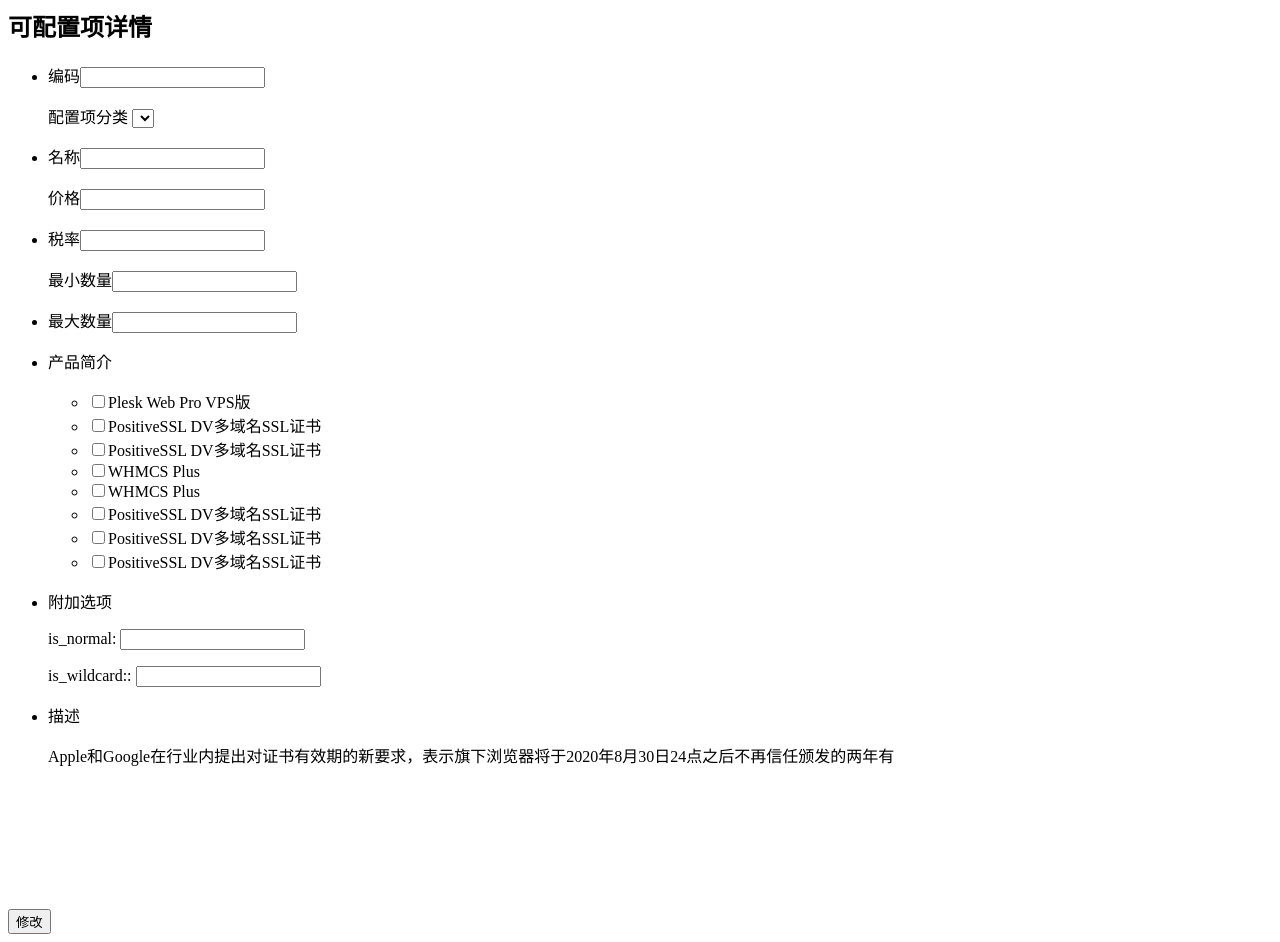
Repository: wangyan466393/racentSystem
Page: configurableDetail.html
These files come from the project's save history. The page is drawn as it stood at one moment and after the next save; the edit follows.
The browser window is 1280 px wide. The pictures show the whole page.

Above is the page before, as saved 2020-08-12 16:20:03.

### configurableDetail.html
<div id="content_box">
    <h2>可配置项详情</h2>
<div class="config_box">
    <div class="config_content">
        <ul>
            <li>

                <p>
                    <span>编码</span><input type="text" class="config_inp">
                </p>
                <p>
                    <span>配置项分类</span>
                    <select name="" id="" class="config_inp">
                        <option value=""></option>
                    </select>
                </p>
            </li>
            <li>

                <p>
                    <span>名称</span><input type="text" class="config_inp">
                </p>
                <p>
                    <span>价格</span><input type="number" class="config_inp">
                </p>
            </li>
            <li>

                <p>
                    <span>税率</span><input type="number" class="config_inp">
                </p>
                <p>
                    <span>最小数量</span><input type="number" class="config_inp">
                </p>
            </li>
            <li>

                <p>
                    <span>最大数量</span><input type="number" class="config_inp">
                </p>
            </li>
            <li>
               <p> <span>产品简介</span></p>
               <div class="intro_box">


                <ul class="intro">
                    <li>
                        <input type="checkbox"><label for="">Plesk Web Pro VPS版</label>
                    </li>
                    <li>
                        <input type="checkbox"><label for="">PositiveSSL DV多域名SSL证书</label>
                    </li>
                    <li>
                        <input type="checkbox"><label for="">PositiveSSL DV多域名SSL证书</label>
                    </li>
                    <li>
                        <input type="checkbox"><label for="">WHMCS Plus</label>
                    </li>
                    <li>
                        <input type="checkbox"><label for="">WHMCS Plus</label>
                    </li>
                    <li>
                        <input type="checkbox"><label for="">PositiveSSL DV多域名SSL证书</label>
                    </li>
                    <li>
                        <input type="checkbox"><label for="">PositiveSSL DV多域名SSL证书</label>
                    </li>
                    <li>
                        <input type="checkbox"><label for="">PositiveSSL DV多域名SSL证书</label>
                    </li>
                </ul>
            </div>
            </li>
            <li>
                <p>
                    <span>附加选项</span>
                    <div class="input_group">
                        <span class="input-group-addon">is_normal:</span>
                        <input type="text" class="form-control">
                    </div>

                </p>
                <p>
                    <div class="input_group">
                        <span class="input-group-addon">is_wildcard::</span>
                        <input type="text" class="form-control">
                    </div>
                </p>
            </li>
            <li>
               <p> <span>描述</span></p>
                <div class="e_content" style="width: 100%;min-height: 150px;">
                    <p>
                        Apple和Google在行业内提出对证书有效期的新要求，表示旗下浏览器将于2020年8月30日24点之后不再信任颁发的两年有
                    </p>
                </div>
            </li>

        </ul>
    </div>
</div>
</div>
<div class="email_back_btn">
    <button type="button">修改</button>
</div>

<script src="js/jquery-1.11.3.js"></script>
<script>
    getProductListsData();
    function getProductListsData() {
        var tableInfo = ""
        for (var i = 0; i < 15; i++) {    //遍历Table的所有Row
            tableInfo += `
            <li>
                <input type="checkbox"><label for="">PositiveSSL DV多域名SSL证书</label>
            </li>
            `
        }
        $(".right_content .intro").append(tableInfo)
    }
</script>

Loaded but not shown: js/jquery-1.11.3.js (library)

After the next save:
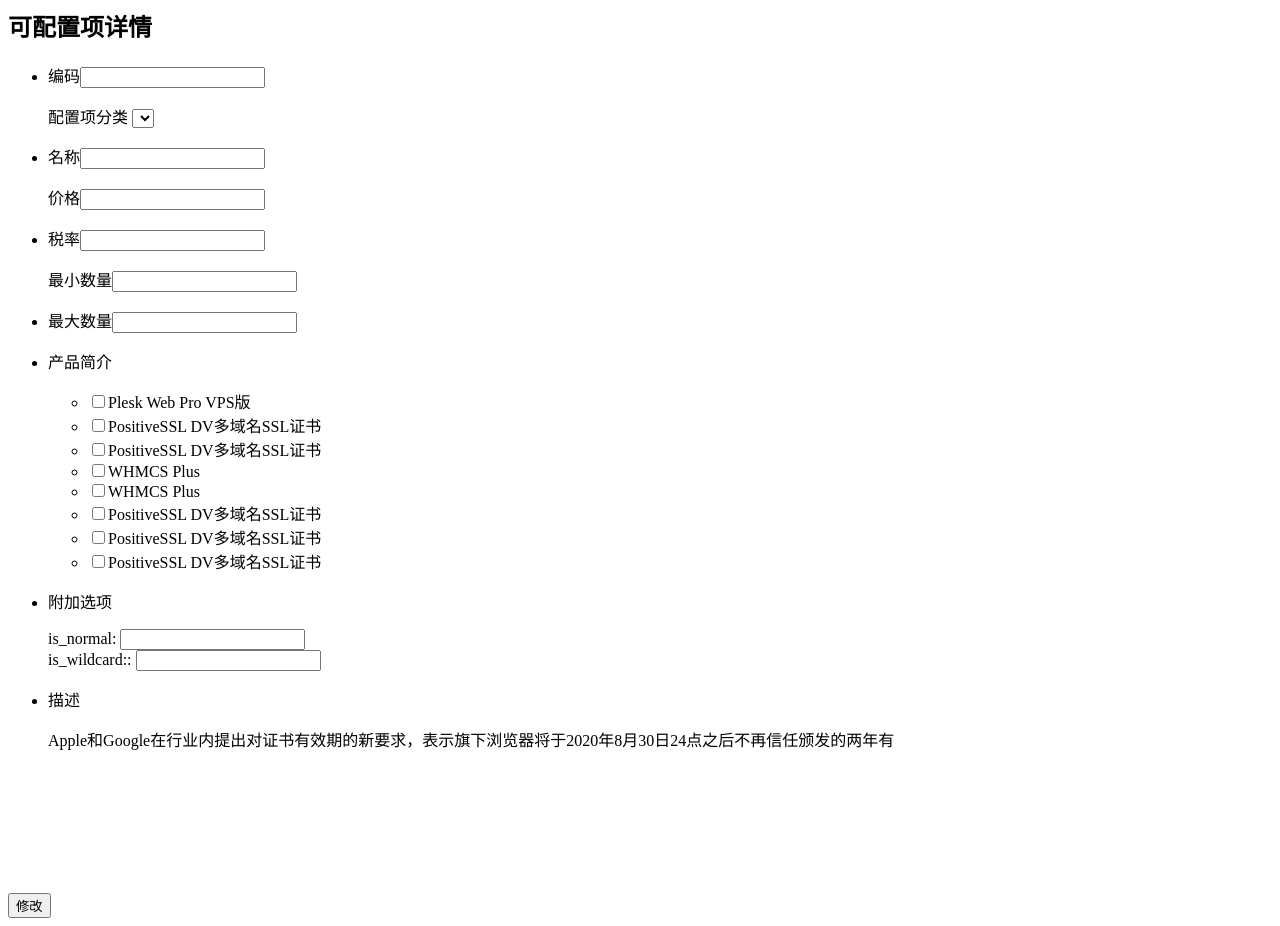
Saved 2 min 3 s later.
--- a/configurableDetail.html
+++ b/configurableDetail.html
@@ -75,18 +75,19 @@
             <li>
                 <p>
                     <span>附加选项</span>
-                    <div class="input_group">
-                        <span class="input-group-addon">is_normal:</span>
-                        <input type="text" class="form-control">
-                    </div>
+
 
                 </p>
-                <p>
+                <div class="input_group">
+                    <span class="input-group-addon">is_normal:</span>
+                    <input type="text" class="form-control">
+                </div>
+
                     <div class="input_group">
                         <span class="input-group-addon">is_wildcard::</span>
                         <input type="text" class="form-control">
                     </div>
-                </p>
+
             </li>
             <li>
                <p> <span>描述</span></p>
